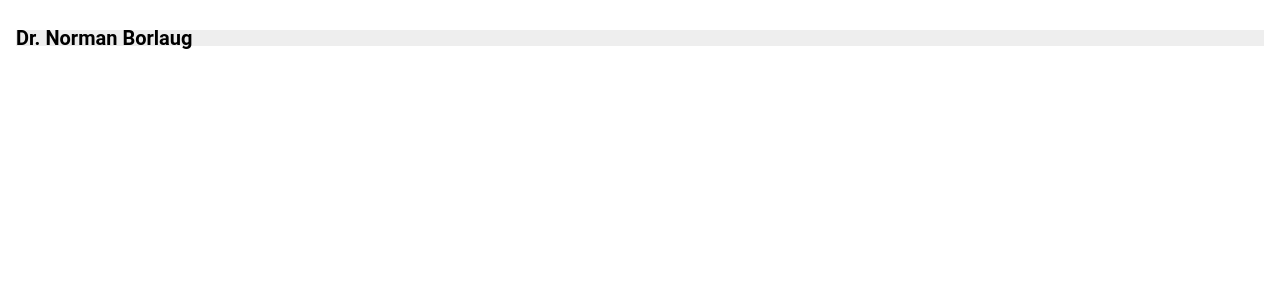
Repository: HTDuy01/github-demo
Page: freecodecamp/index.html
The author's editor kept a copy of each file at every save. The page is drawn from the files as they stood at one save, then again after the next save.
The browser window is 1280 px wide. The pictures show the whole page.

Above is the page before, as saved 2021-11-17 20:03:00.

### freecodecamp/index.html
<!DOCTYPE html>
<html lang="en">
<head>
    <meta charset="UTF-8">
    <meta http-equiv="X-UA-Compatible" content="IE=edge">
    <meta name="viewport" content="width=device-width, initial-scale=1.0">
    <title>Document</title>
    <link rel="stylesheet" href="/assets/css/style.css">
    <link rel="stylesheet" href="/assets/css/base.css">
</head>
<body>
    <div class="main">
        <header id="title">
            <h1 class="heading">Dr. Norman Borlaug</h1>
        </header>

        <div id="img-div">

        </div>

        <div class="content">

        </div>

        <footer class="footer">

        </footer>
    </div>
</body>
</html>

### freecodecamp/assets/css/style.css
.main {
    background-color: #eee;
    margin: 30px 8px;
}

### freecodecamp/assets/css/base.css

* {
    box-sizing: inherit;
}

html {
    font-size: 62.5%;
    line-height: 1.6rem;
    font-family: 'Roboto', sans-serif;
    box-sizing: border-box;
}

:root {
    --color-header:#333;
}

After the next save:
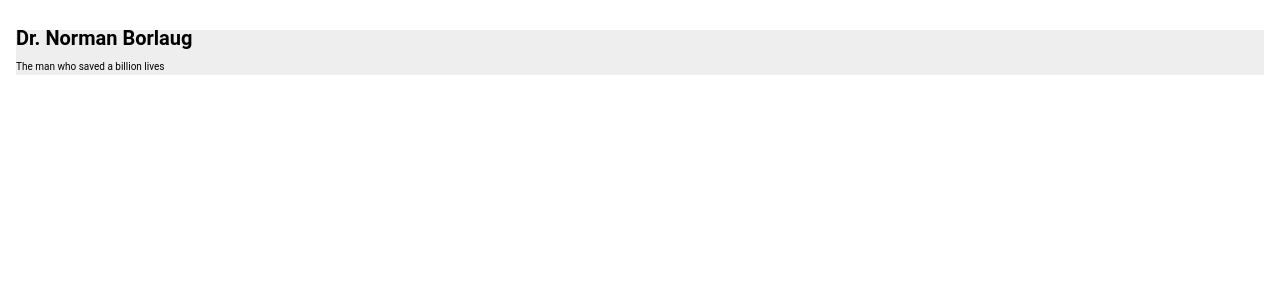
Saved 104 s later.
--- a/freecodecamp/index.html
+++ b/freecodecamp/index.html
@@ -12,6 +12,7 @@
     <div class="main">
         <header id="title">
             <h1 class="heading">Dr. Norman Borlaug</h1>
+            <p class="sub-heading">The man who saved a billion lives</p>
         </header>
 
         <div id="img-div">
